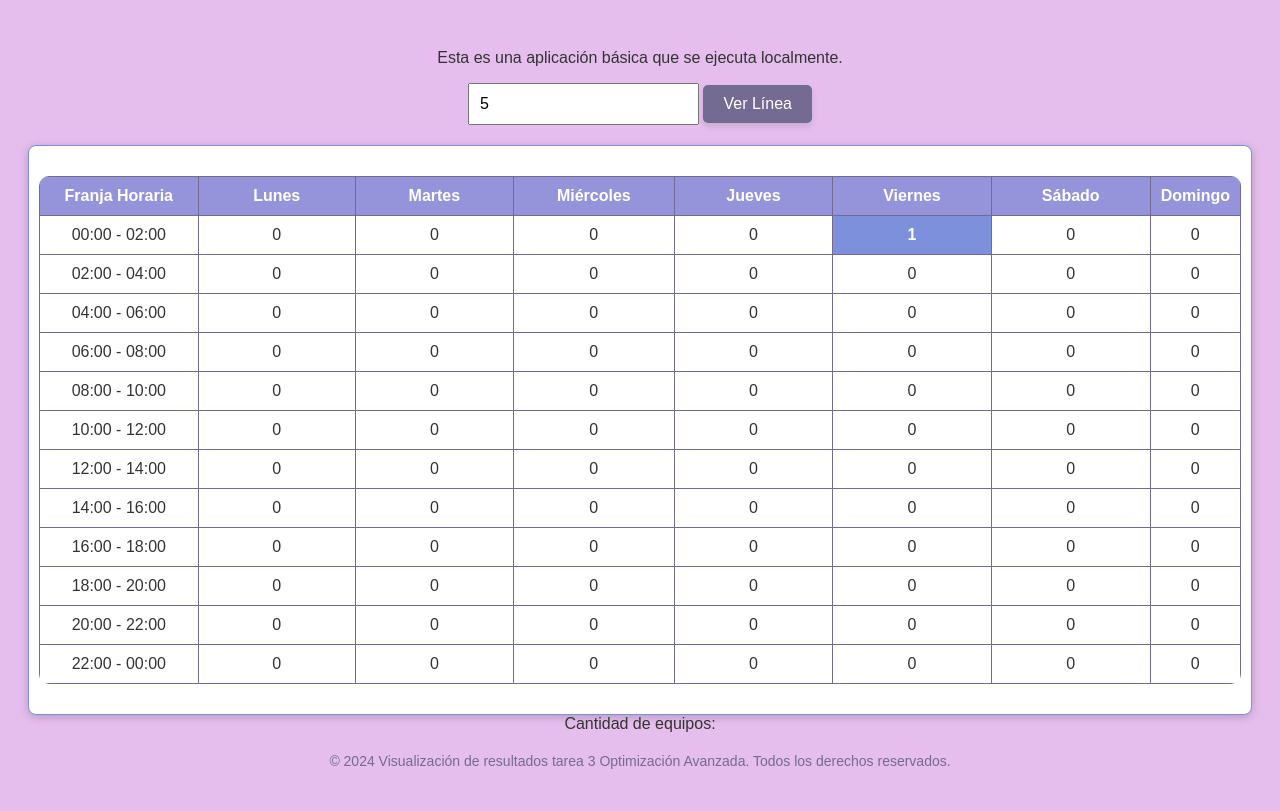
Repository: cflorido/Front_T3
Page: index.html
An editor plug-in stored every save of this project. The page is shown before and after the next save, followed by the edit.
The browser window is 1280 px wide. The pictures show the whole page.
Empty fields were first filled with sample values (such as "Sample", 5 or name@example.com).
After loading, the first visible `button` was clicked once.

Above is the page before, as saved 2024-10-22 19:41:02.

### index.html
<!DOCTYPE html>
<html lang="es">
<head>
    <meta charset="UTF-8">
    <meta name="viewport" content="width=device-width, initial-scale=1.0">
    <title>Mi Aplicación HTML Básica</title>
    <style>
        body {
            font-family: Arial, sans-serif;
            background-color: #E5BEED; /* Color de fondo */
            color: #333;
            text-align: center;
            padding: 20px;
        }
        button {
            padding: 10px 20px;
            font-size: 16px;
            cursor: pointer;
            background-color: #736B92; /* Color de fondo del botón */
            color: white; /* Color del texto */
            border: none; /* Sin borde */
            border-radius: 5px; /* Bordes redondeados */
            transition: background-color 0.3s; /* Efecto de transición */
            box-shadow: 0 4px 6px rgba(0, 0, 0, 0.1); /* Sombra */
        }
        button:hover {
            background-color: #7D5C65; /* Color más oscuro al pasar el mouse */
        }
        #contenido {
            margin-top: 20px;
            padding: 10px;
            border: 1px solid #7C90DB; /* Borde color */
            background-color: #fff; /* Fondo blanco */
            border-radius: 8px; /* Bordes redondeados */
            box-shadow: 0 2px 10px rgba(0, 0, 0, 0.2); /* Sombra */
            display: none; /* Oculto por defecto */
        }
        table {
            margin: 20px auto;
            border-collapse: collapse;
            width: 100%;
            border-radius: 10px; /* Bordes redondeados */
            overflow: hidden; /* Esconde bordes */
        }
        th, td {
            border: 1px solid #736B92; /* Borde de las celdas */
            padding: 10px;
            text-align: center;
            width: 14.28%; /* Para que se divida el espacio en 7 columnas */
        }
        th {
            background-color: #9593D9; /* Color de fondo del encabezado */
            color: white; /* Color del texto en el encabezado */
            font-weight: bold; /* Texto en negrita */
        }
        td {
            background-color: #ffffff; /* Color de fondo de las celdas */
            transition: background-color 0.3s; /* Efecto de transición */
        }
        td.utilizado {
            background-color: #7C90DB; /* Color para las franjas utilizadas */
            color: #ffffff; /* Color del texto en las celdas utilizadas */
            font-weight: bold; /* Texto en negrita */
        }
        .footer {
            margin-top: 20px;
            font-size: 14px;
            color: #736B92; /* Color del texto del pie de página */
        }
    </style>
</head>
<body>
    <h1></h1>
    <p>Esta es una aplicación básica que se ejecuta localmente.</p>

    <input type="number" id="numeroLinea" placeholder="Número de línea" min="1" style="padding: 10px; font-size: 16px;">
    <button onclick="cargarLinea()">Ver Línea</button>

    <div id="contenido"></div>
    <div id="equipos" style="display:none;">Cantidad de equipos: <span id="cantidadEquipos"></span></div>

    <div class="footer">
        <p>&copy; 2024 Visualización de resultados tarea 3 Optimización Avanzada. Todos los derechos reservados.</p>
    </div>

    <script>
        let lineas = []; // Array para almacenar las líneas del archivo
        let equipos = []; // Array para almacenar la cantidad de equipos

        // Función para cargar el contenido del archivo y dividirlo en líneas
        function cargarContenido() {
            fetch('data.txt')
                .then(response => {
                    if (!response.ok) {
                        throw new Error('Error al cargar el archivo: ' + response.statusText);
                    }
                    return response.text();
                })
                .then(data => {
                    lineas = data.split('\n'); // Divide el contenido en líneas
                })
                .catch(error => {
                    console.error(error);
                    alert('No se pudo cargar el contenido.');
                });

            // Cargar equipos.txt
            fetch('equipos.txt')
                .then(response => {
                    if (!response.ok) {
                        throw new Error('Error al cargar el archivo de equipos: ' + response.statusText);
                    }
                    return response.text();
                })
                .then(data => {
                    equipos = data.split('\n').map(Number); // Divide el contenido y convierte a números
                })
                .catch(error => {
                    console.error(error);
                    alert('No se pudo cargar el contenido de equipos.');
                });
        }

        // Función para mostrar la línea seleccionada
        function cargarLinea() {
            const numeroLinea = document.getElementById("numeroLinea").value;
            const contenidoDiv = document.getElementById("contenido");
            const cantidadEquiposSpan = document.getElementById("cantidadEquipos");
            const equiposDiv = document.getElementById("equipos");

            // Verificar si el número de línea es válido
            if (numeroLinea > 0 && numeroLinea <= lineas.length) {
                const horario = JSON.parse("[" + lineas[numeroLinea - 1] + "]"); // Parsear la línea como JSON con corchetes

                mostrarHorario(horario); // Mostrar el horario en forma de tabla
                contenidoDiv.style.display = 'block'; // Muestra el div

                // Mostrar la cantidad de equipos
                const cantidad = equipos[numeroLinea - 1]; // Obtener la cantidad de equipos de la misma línea
                cantidadEquiposSpan.textContent = cantidad; // Actualizar el contenido
                equiposDiv.style.display = 'block'; // Mostrar el div de cantidad de equipos
            } else {
                alert('Número de línea no válido. Intenta de nuevo.');
            }
        }

        // Función para mostrar el horario en una tabla
        function mostrarHorario(horario) {
            const contenidoDiv = document.getElementById("contenido");
            contenidoDiv.innerHTML = ''; // Limpiar el contenido previo

            // Crear la tabla
            const tabla = document.createElement('table');
            const thead = document.createElement('thead');
            const tbody = document.createElement('tbody');

            // Crear encabezado de la tabla
            const encabezado = document.createElement('tr');
            const dias = ['Franja Horaria', 'Lunes', 'Martes', 'Miércoles', 'Jueves', 'Viernes', 'Sábado', 'Domingo'];
            dias.forEach(dia => {
                const th = document.createElement('th');
                th.textContent = dia;
                encabezado.appendChild(th);
            });
            thead.appendChild(encabezado);
            tabla.appendChild(thead);

            // Crear filas de horarios
            for (let i = 0; i < 12; i++) { // 12 franjas horarias
                const fila = document.createElement('tr');

                const horaInicio = (i * 2) % 24;
                const horaFin = (horaInicio + 2) % 24;
                const franjaHoraria = `${horaInicio < 10 ? '0' : ''}${horaInicio}:00 - ${horaFin < 10 ? '0' : ''}${horaFin}:00`;

                const celdaFranja = document.createElement('td');
                celdaFranja.textContent = franjaHoraria;
                fila.appendChild(celdaFranja);

                for (let j = 0; j < 7; j++) {
                    const celda = document.createElement('td');
                    celda.textContent = horario[i * 7 + j];
                    if (horario[i * 7 + j] === 1) {
                        celda.classList.add('utilizado');
                    }
                    fila.appendChild(celda);
                }
                tbody.appendChild(fila);
            }

            tabla.appendChild(tbody);
            contenidoDiv.appendChild(tabla);
        }

        // Cargar el contenido del archivo al inicio
        cargarContenido();
    </script>
</body>
</html>

After the next save:
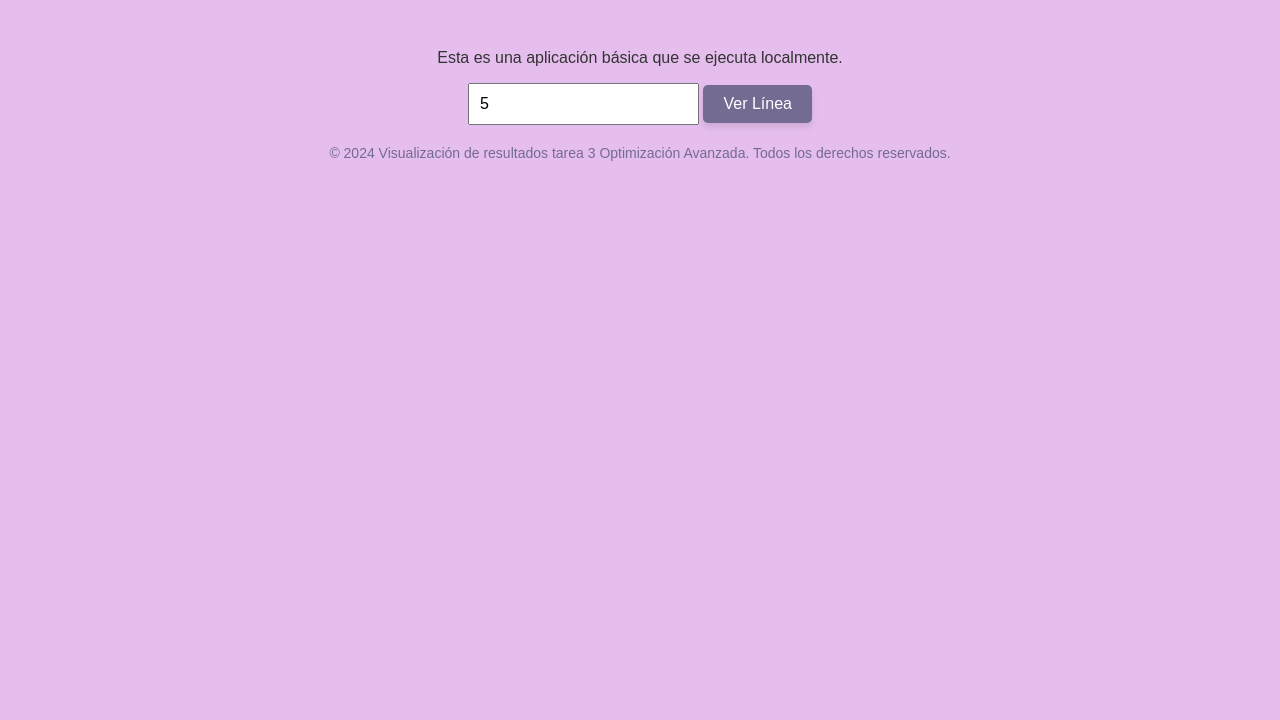
Console error: TypeError: Cannot read properties of undefined (reading 'length')
Saved 79 s later.
--- a/index.html
+++ b/index.html
@@ -77,7 +77,6 @@
     <button onclick="cargarLinea()">Ver Línea</button>
 
     <div id="contenido"></div>
-    <div id="equipos" style="display:none;">Cantidad de equipos: <span id="cantidadEquipos"></span></div>
 
     <div class="footer">
         <p>&copy; 2024 Visualización de resultados tarea 3 Optimización Avanzada. Todos los derechos reservados.</p>
@@ -87,8 +86,9 @@
         let lineas = []; // Array para almacenar las líneas del archivo
         let equipos = []; // Array para almacenar la cantidad de equipos
 
-        // Función para cargar el contenido del archivo y dividirlo en líneas
+        // Función para cargar el contenido del archivo de horarios y el archivo de equipos
         function cargarContenido() {
+            // Cargar horarios
             fetch('data.txt')
                 .then(response => {
                     if (!response.ok) {
@@ -101,19 +101,19 @@
                 })
                 .catch(error => {
                     console.error(error);
-                    alert('No se pudo cargar el contenido.');
+                    alert('No se pudo cargar el contenido de horarios.');
                 });
 
-            // Cargar equipos.txt
+            // Cargar equipos
             fetch('equipos.txt')
                 .then(response => {
                     if (!response.ok) {
-                        throw new Error('Error al cargar el archivo de equipos: ' + response.statusText);
+                        throw new Error('Error al cargar el archivo: ' + response.statusText);
                     }
                     return response.text();
                 })
                 .then(data => {
-                    equipos = data.split('\n').map(Number); // Divide el contenido y convierte a números
+                    equipos = data.split('\n').map(line => line.split(',').map(Number)); // Procesar el contenido
                 })
                 .catch(error => {
                     console.error(error);
@@ -125,27 +125,21 @@
         function cargarLinea() {
             const numeroLinea = document.getElementById("numeroLinea").value;
             const contenidoDiv = document.getElementById("contenido");
-            const cantidadEquiposSpan = document.getElementById("cantidadEquipos");
-            const equiposDiv = document.getElementById("equipos");
 
             // Verificar si el número de línea es válido
             if (numeroLinea > 0 && numeroLinea <= lineas.length) {
                 const horario = JSON.parse("[" + lineas[numeroLinea - 1] + "]"); // Parsear la línea como JSON con corchetes
+                const cantidadEquipos = equipos.find(e => e[0] === numeroLinea).length > 0 ? equipos[numeroLinea - 1][1] : 0; // Obtener cantidad de equipos
 
-                mostrarHorario(horario); // Mostrar el horario en forma de tabla
+                mostrarHorario(horario, cantidadEquipos); // Mostrar el horario y la cantidad de equipos en forma de tabla
                 contenidoDiv.style.display = 'block'; // Muestra el div
-
-                // Mostrar la cantidad de equipos
-                const cantidad = equipos[numeroLinea - 1]; // Obtener la cantidad de equipos de la misma línea
-                cantidadEquiposSpan.textContent = cantidad; // Actualizar el contenido
-                equiposDiv.style.display = 'block'; // Mostrar el div de cantidad de equipos
             } else {
                 alert('Número de línea no válido. Intenta de nuevo.');
             }
         }
 
-        // Función para mostrar el horario en una tabla
-        function mostrarHorario(horario) {
+        // Función para mostrar el horario y la cantidad de equipos en una tabla
+        function mostrarHorario(horario, cantidadEquipos) {
             const contenidoDiv = document.getElementById("contenido");
             contenidoDiv.innerHTML = ''; // Limpiar el contenido previo
 
@@ -156,7 +150,7 @@
 
             // Crear encabezado de la tabla
             const encabezado = document.createElement('tr');
-            const dias = ['Franja Horaria', 'Lunes', 'Martes', 'Miércoles', 'Jueves', 'Viernes', 'Sábado', 'Domingo'];
+            const dias = ['Franja Horaria', 'Lunes', 'Martes', 'Miércoles', 'Jueves', 'Viernes', 'Sábado', 'Domingo', 'Cantidad de Equipos'];
             dias.forEach(dia => {
                 const th = document.createElement('th');
                 th.textContent = dia;
@@ -168,7 +162,6 @@
             // Crear filas de horarios
             for (let i = 0; i < 12; i++) { // 12 franjas horarias
                 const fila = document.createElement('tr');
-
                 const horaInicio = (i * 2) % 24;
                 const horaFin = (horaInicio + 2) % 24;
                 const franjaHoraria = `${horaInicio < 10 ? '0' : ''}${horaInicio}:00 - ${horaFin < 10 ? '0' : ''}${horaFin}:00`;
@@ -185,6 +178,12 @@
                     }
                     fila.appendChild(celda);
                 }
+
+                // Agregar celda para la cantidad de equipos
+                const celdaEquipos = document.createElement('td');
+                celdaEquipos.textContent = cantidadEquipos.toFixed(3); // Redondear a 3 decimales
+                fila.appendChild(celdaEquipos);
+
                 tbody.appendChild(fila);
             }
 

After the save that followed:
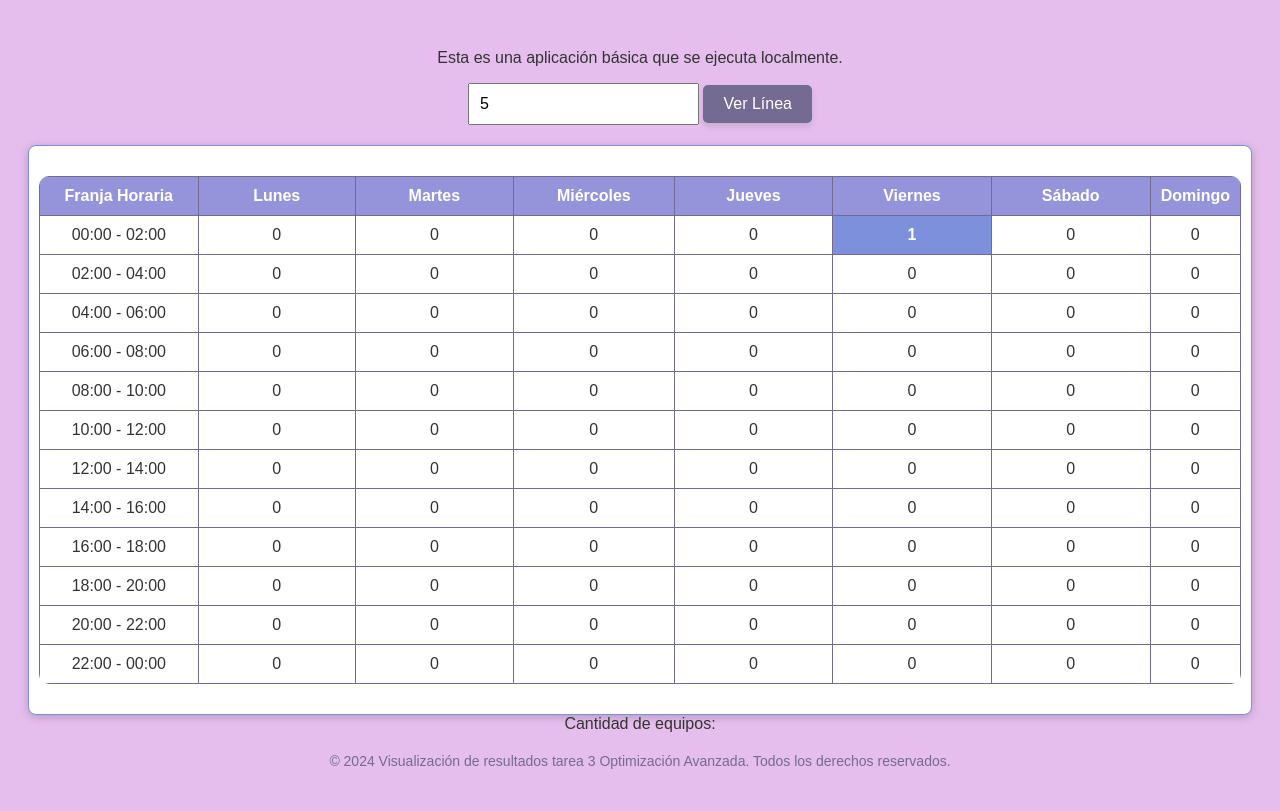
The error is gone.
Saved 8 s later.
--- a/index.html
+++ b/index.html
@@ -77,6 +77,7 @@
     <button onclick="cargarLinea()">Ver Línea</button>
 
     <div id="contenido"></div>
+    <div id="equipos" style="display:none;">Cantidad de equipos: <span id="cantidadEquipos"></span></div>
 
     <div class="footer">
         <p>&copy; 2024 Visualización de resultados tarea 3 Optimización Avanzada. Todos los derechos reservados.</p>
@@ -86,9 +87,8 @@
         let lineas = []; // Array para almacenar las líneas del archivo
         let equipos = []; // Array para almacenar la cantidad de equipos
 
-        // Función para cargar el contenido del archivo de horarios y el archivo de equipos
+        // Función para cargar el contenido del archivo y dividirlo en líneas
         function cargarContenido() {
-            // Cargar horarios
             fetch('data.txt')
                 .then(response => {
                     if (!response.ok) {
@@ -101,19 +101,19 @@
                 })
                 .catch(error => {
                     console.error(error);
-                    alert('No se pudo cargar el contenido de horarios.');
+                    alert('No se pudo cargar el contenido.');
                 });
 
-            // Cargar equipos
+            // Cargar equipos.txt
             fetch('equipos.txt')
                 .then(response => {
                     if (!response.ok) {
-                        throw new Error('Error al cargar el archivo: ' + response.statusText);
+                        throw new Error('Error al cargar el archivo de equipos: ' + response.statusText);
                     }
                     return response.text();
                 })
                 .then(data => {
-                    equipos = data.split('\n').map(line => line.split(',').map(Number)); // Procesar el contenido
+                    equipos = data.split('\n').map(Number); // Divide el contenido y convierte a números
                 })
                 .catch(error => {
                     console.error(error);
@@ -125,21 +125,27 @@
         function cargarLinea() {
             const numeroLinea = document.getElementById("numeroLinea").value;
             const contenidoDiv = document.getElementById("contenido");
+            const cantidadEquiposSpan = document.getElementById("cantidadEquipos");
+            const equiposDiv = document.getElementById("equipos");
 
             // Verificar si el número de línea es válido
             if (numeroLinea > 0 && numeroLinea <= lineas.length) {
                 const horario = JSON.parse("[" + lineas[numeroLinea - 1] + "]"); // Parsear la línea como JSON con corchetes
-                const cantidadEquipos = equipos.find(e => e[0] === numeroLinea).length > 0 ? equipos[numeroLinea - 1][1] : 0; // Obtener cantidad de equipos
 
-                mostrarHorario(horario, cantidadEquipos); // Mostrar el horario y la cantidad de equipos en forma de tabla
+                mostrarHorario(horario); // Mostrar el horario en forma de tabla
                 contenidoDiv.style.display = 'block'; // Muestra el div
+
+                // Mostrar la cantidad de equipos
+                const cantidad = equipos[numeroLinea - 1]; // Obtener la cantidad de equipos de la misma línea
+                cantidadEquiposSpan.textContent = cantidad; // Actualizar el contenido
+                equiposDiv.style.display = 'block'; // Mostrar el div de cantidad de equipos
             } else {
                 alert('Número de línea no válido. Intenta de nuevo.');
             }
         }
 
-        // Función para mostrar el horario y la cantidad de equipos en una tabla
-        function mostrarHorario(horario, cantidadEquipos) {
+        // Función para mostrar el horario en una tabla
+        function mostrarHorario(horario) {
             const contenidoDiv = document.getElementById("contenido");
             contenidoDiv.innerHTML = ''; // Limpiar el contenido previo
 
@@ -150,7 +156,7 @@
 
             // Crear encabezado de la tabla
             const encabezado = document.createElement('tr');
-            const dias = ['Franja Horaria', 'Lunes', 'Martes', 'Miércoles', 'Jueves', 'Viernes', 'Sábado', 'Domingo', 'Cantidad de Equipos'];
+            const dias = ['Franja Horaria', 'Lunes', 'Martes', 'Miércoles', 'Jueves', 'Viernes', 'Sábado', 'Domingo'];
             dias.forEach(dia => {
                 const th = document.createElement('th');
                 th.textContent = dia;
@@ -162,6 +168,7 @@
             // Crear filas de horarios
             for (let i = 0; i < 12; i++) { // 12 franjas horarias
                 const fila = document.createElement('tr');
+
                 const horaInicio = (i * 2) % 24;
                 const horaFin = (horaInicio + 2) % 24;
                 const franjaHoraria = `${horaInicio < 10 ? '0' : ''}${horaInicio}:00 - ${horaFin < 10 ? '0' : ''}${horaFin}:00`;
@@ -178,12 +185,6 @@
                     }
                     fila.appendChild(celda);
                 }
-
-                // Agregar celda para la cantidad de equipos
-                const celdaEquipos = document.createElement('td');
-                celdaEquipos.textContent = cantidadEquipos.toFixed(3); // Redondear a 3 decimales
-                fila.appendChild(celdaEquipos);
-
                 tbody.appendChild(fila);
             }
 
